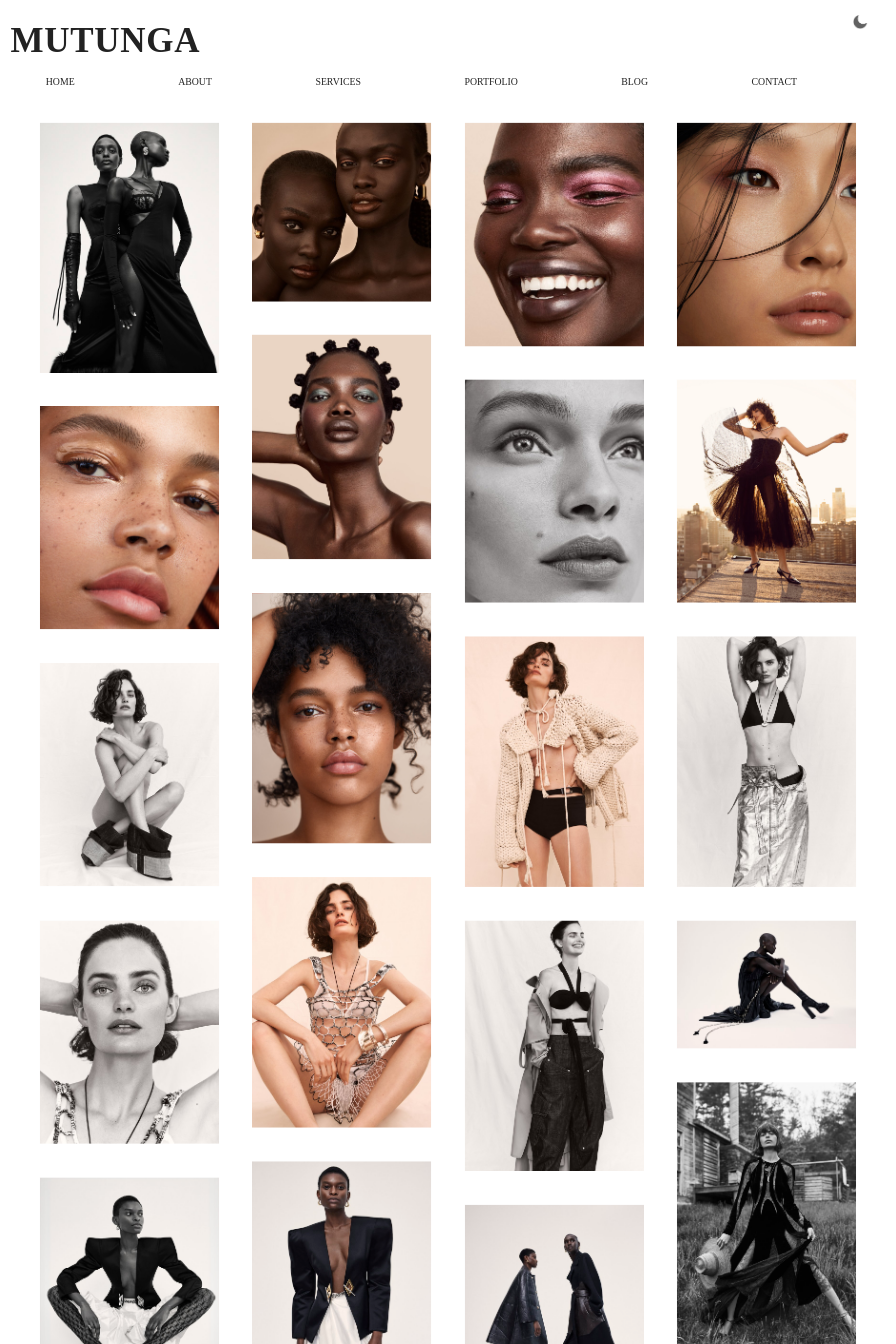
Repository: Jonar254/mutunga-concept-01
Page: index.html
The author's editor kept a copy of each file at every save. The page is drawn from the files as they stood at one save, then again after the next save.
The browser window is 1280 px wide. The pictures show the part of the page from y = 0 to 1920 px (the page is 5074 px tall), at 70% of full size.
Some web fonts or font styles are not loaded; a fallback is used.

Above is the page before, as saved 2024-07-10 21:53:10.

### index.html
<!doctype html>
<!--[if lt IE 7]>      <html class="no-js lt-ie9 lt-ie8 lt-ie7" lang=""> <![endif]-->
<!--[if IE 7]>         <html class="no-js lt-ie9 lt-ie8" lang=""> <![endif]-->
<!--[if IE 8]>         <html class="no-js lt-ie9" lang=""> <![endif]-->
<!--[if gt IE 8]><!--> <html class="no-js" lang="en"> <!--<![endif]-->


<head>
        <meta charset="utf-8">
        <meta name="viewport" content="width=device-width, initial-scale=1">
		<meta name="description" content="">
        <meta name="author" content="IconicThemes">

        <title>Mutunga Photos || Index</title>

		<link rel="shortcut icon" type="image/x-icon" href="img/favicon.png">

        <!-- Font Awesome Icons CSS -->
        <link rel="stylesheet" href="css/font-awesome.min.css">
        <!-- Themify Icons CSS -->
        <link rel="stylesheet" href="css/themify-icons.css">
        <!-- Elegant Font Icons CSS -->
        <link rel="stylesheet" href="css/elegant-font-icons.css">
        <!-- Elegant Line Icons CSS -->
        <link rel="stylesheet" href="css/elegant-line-icons.css">
		<!-- Bootstrap CSS -->
        <link rel="stylesheet" href="css/bootstrap.min.css">
        <!-- CSS Animation -->
        <link rel="stylesheet" href="css/animate.min.css">
		<!-- Venobox CSS -->
        <link rel="stylesheet" href="css/venobox/venobox.css">
		<!-- OWL-Carousel CSS -->
        <link rel="stylesheet" href="css/owl.carousel.css">
        <!-- Slick Nav CSS -->
        <link rel="stylesheet" href="css/slicknav.min.css">
		<!-- Main CSS -->
        <link rel="stylesheet" href="css/main.css">
		<!-- Responsive CSS -->
        <link rel="stylesheet" href="css/responsive.css">

        <script src="js/vendor/modernizr-2.8.3-respond-1.4.2.min.js"></script>
        <script src="https://cdnjs.cloudflare.com/ajax/libs/scrollReveal.js/4.0.9/scrollreveal.min.js" integrity="sha512-Kr+RPfLjQ71E0cJ9nseJ6jwTrnmMnuSPnnsVQQ/ZYYCjOHKfJcWj8ILICXnvf9A7ZQChNzIbr9x/ZAxA6xAZlQ==" crossorigin="anonymous" referrerpolicy="no-referrer"></script>
        <script>
            document.addEventListener('DOMContentLoaded', function() {
              ScrollReveal().reveal('.reveal', {
                duration: 1000,      // Duration of the animation
                easing: 'ease-in-out', // Easing for a smooth animation
                viewFactor: 0.3,     // Percentage of the element that must be within the viewport
                mobile: true,        // Ensures that the animations work on mobile devices
              });
            });
          </script>

    </head>
    <body>
        <!--[if lt IE 8]>
            <p class="browserupgrade">You are using an <strong>outdated</strong> browser. Please <a href="http://browsehappy.com/">upgrade your browser</a> to improve your experience.</p>
        <![endif]-->

        <div class="site-preloader-wrap">
            <div class="spinner"></div>
        </div><!-- Preloader -->

        <header id="header" class="header-section">
            <div class="container-fluid">
                <div class="row d-flex flex-column align-items-center">
                    <div class="col-lg-12 col-md-12 text-center text-lg-left pt-lg-4">
                        <div class="site-branding">
                            <a href="index.html"><h2 class="site-title">MUTUNGA</h2></a>
                        </div>
                    </div>
                    <div id="theme-toggle" class="theme-toggle">
                        <button id="theme-toggle" class="theme-toggle"><img src="img/sun.png" alt="Toggle Theme" style="max-width: 25px; max-height: 25px;"></button>
                    </div>
                    <div class="col-12 text-center">
                        <ul id="mainmenu" class="nav navbar-nav nav-menu">
                            <li class="nav-item active"><a href="index.html" class="nav-link">Home</a></li>
                            <li class="nav-item"><a href="#" class="nav-link">About</a></li>
                            <li class="nav-item"><a href="#" class="nav-link">Services</a></li>
                            <li class="nav-item"><a href="#" class="nav-link">Portfolio</a></li>
                            <li class="nav-item"><a href="#" class="nav-link">Blog</a></li>
                            <li class="nav-item"><a href="#" class="nav-link">Contact</a></li>
                        </ul>
                    </div>
                    <!-- Theme toggle button -->

                </div>
            </div>
        </header>



       <!--<div class="header-height"></div>-->



        <section class="portfolio-section padding">
        <div class="container-fluid px-lg-5">
            <!-- <div class="row">
                 <ul class="portfolio-filter text-center mb-30">
                     <li class="active" data-filter="*">All</li>
                     <li data-filter=".branding">Branding</li>
                     <li data-filter=".design">Design</li>
                     <li data-filter=".wordpress">Wordpress</li>
                     <li data-filter=".marketing">Marketing</li>
                 </ul> /.Work filter
             </div> -->
             <div class="row portfolio-items">
                 <div class="col-lg-3 col-md-4 col-sm-6 mb-5 px-sm-4 px-md-4 reveal single-item ">
                     <div class="portfolio-box">
                         <img src="img/lara (17).jpg" alt="img">

                     </div>
                 </div><!-- /Portfolio-1 -->
                 <div class="col-lg-3 col-md-4 col-sm-6 mb-5 px-sm-4 px-md-4 reveal single-item ">
                     <div class="portfolio-box">
                         <img src="img/lara (2).jpeg" alt="img">

                     </div>
                 </div><!-- /Portfolio-2 -->
                 <div class="col-lg-3 col-md-4 col-sm-6 mb-5 px-sm-4 px-md-4 reveal single-item ">
                     <div class="portfolio-box">
                         <img src="img/lara (3).jpeg" alt="img">

                     </div>
                 </div><!-- /Portfolio-3 -->
                 <div class="col-lg-3 col-md-4 col-sm-6 mb-5 px-sm-4 px-md-4 reveal single-item ">
                     <div class="portfolio-box">
                         <img src="img/lara (1).jpg" alt="img">

                     </div>
                 </div><!-- /Portfolio-4 -->
                 <div class="col-lg-3 col-md-4 col-sm-6 mb-5 px-sm-4 px-md-4 reveal single-item " >
                     <div class="portfolio-box">
                         <img src="img/lara (5).jpeg" alt="img">

                     </div>
                 </div><!-- /Portfolio-5 -->
                 <div class="col-lg-3 col-md-4 col-sm-6 mb-5 px-sm-4 px-md-4 reveal single-item " >
                     <div class="portfolio-box">
                         <img src="img/lara (6).jpeg" alt="img">

                     </div>
                 </div><!-- /Portfolio-6 -->
                 <div class="col-lg-3 col-md-4 col-sm-6 mb-5 px-sm-4 px-md-4 reveal single-item " >
                     <div class="portfolio-box">
                         <img src="img/lara (7).jpeg" alt="img">

                     </div>
                 </div><!-- /Portfolio-7 -->
                 <div class="col-lg-3 col-md-4 col-sm-6 mb-5 px-sm-4 px-md-4 reveal single-item " >
                     <div class="portfolio-box">
                         <img src="img/lara (8).jpg" alt="img">

                     </div>
                 </div><!-- /Portfolio-8 -->
                 <div class="col-lg-3 col-md-4 col-sm-6 mb-5 px-sm-4 px-md-4 reveal single-item" >
                     <div class="portfolio-box">
                         <img src="img/lara (9).jpg" alt="img">

                     </div>
                 </div><!-- /Portfolio-9 -->
                 <!-- Portfolio Items from 10 to 20 -->
<div class="col-lg-3 col-md-4 col-sm-6 mb-5 px-sm-4 px-md-4 reveal single-item" >
    <div class="portfolio-box">
        <img src="img/lara (10).jpg" alt="img">

    </div>
</div><!-- /Portfolio-10 -->

<div class="col-lg-3 col-md-4 col-sm-6 mb-5 px-sm-4 px-md-4 reveal single-item" >
    <div class="portfolio-box">
        <img src="img/lara (11).jpg" alt="img">

    </div>
</div><!-- /Portfolio-11 -->

<div class="col-lg-3 col-md-4 col-sm-6 mb-5 px-sm-4 px-md-4 reveal single-item" >
    <div class="portfolio-box">
        <img src="img/lara (12).jpg" alt="img">

    </div>
</div><!-- /Portfolio-12 -->

<div class="col-lg-3 col-md-4 col-sm-6 mb-5 px-sm-4 px-md-4 reveal single-item" >
    <div class="portfolio-box">
        <img src="img/lara (13).jpg" alt="img">

    </div>
</div><!-- /Portfolio-13 -->

<div class="col-lg-3 col-md-4 col-sm-6 mb-5 px-sm-4 px-md-4 reveal single-item" >
    <div class="portfolio-box">
        <img src="img/lara (14).jpg" alt="img">

    </div>
</div><!-- /Portfolio-14 -->

<div class="col-lg-3 col-md-4 col-sm-6 mb-5 px-sm-4 px-md-4 reveal single-item" >
    <div class="portfolio-box">
        <img src="img/lara (15).jpg" alt="img">

    </div>
</div><!-- /Portfolio-15 -->

<div class="col-lg-3 col-md-4 col-sm-6 mb-5 px-sm-4 px-md-4 reveal single-item" >
    <div class="portfolio-box">
        <img src="img/lara (16).jpg" alt="img">

    </div>
</div><!-- /Portfolio-16 -->

<div class="col-lg-3 col-md-4 col-sm-6 mb-5 px-sm-4 px-md-4 reveal single-item" >
    <div class="portfolio-box">
        <img src="img/lara (4).jpg" alt="img">

    </div>
</div><!-- /Portfolio-17 -->

<div class="col-lg-3 col-md-4 col-sm-6 mb-5 px-sm-4 px-md-4 reveal single-item" >
    <div class="portfolio-box">
        <img src="img/lara (18).jpg" alt="img">

    </div>
</div><!-- /Portfolio-18 -->

<div class="col-lg-3 col-md-4 col-sm-6 mb-5 px-sm-4 px-md-4 reveal single-item" >
    <div class="portfolio-box">
        <img src="img/lara (19).jpg" alt="img">

    </div>
</div><!-- /Portfolio-19 -->

<div class="col-lg-3 col-md-4 col-sm-6 mb-5 px-sm-6 px-md-4 reveal single-item" >
    <div class="portfolio-box">
        <img src="img/lara (20).jpg" alt="img">

    </div>
</div><!-- /Portfolio-20 -->
<!-- Portfolio Items from 41 to 60 -->
<div class="col-lg-3 col-md-4 col-sm-6 mb-5 px-sm-6 px-md-4 reveal single-item" >
    <div class="portfolio-box">
        <img src="img/lara (41).jpg" alt="img">

    </div>
</div><!-- /Portfolio-41 -->

<div class="col-lg-3 col-md-4 col-sm-6 mb-5 px-sm-6 px-md-4 reveal single-item" >
    <div class="portfolio-box">
        <img src="img/lara (42).jpg" alt="img">

    </div>
</div><!-- /Portfolio-42 -->

<div class="col-lg-3 col-md-4 col-sm-6 mb-5 px-sm-6 px-md-4 reveal single-item" >
    <div class="portfolio-box">
        <img src="img/lara (43).jpg" alt="img">

    </div>
</div><!-- /Portfolio-43 -->

<div class="col-lg-3 col-md-4 col-sm-6 mb-5 px-sm-6 px-md-4 reveal single-item" >
    <div class="portfolio-box">
        <img src="img/lara (44).jpg" alt="img">

    </div>
</div><!-- /Portfolio-44 -->

<div class="col-lg-3 col-md-4 col-sm-6 mb-5 px-sm-6 px-md-4 reveal single-item" >
    <div class="portfolio-box">
        <img src="img/lara (45).jpg" alt="img">

    </div>
</div><!-- /Portfolio-45 -->

<div class="col-lg-3 col-md-4 col-sm-6 mb-5 px-sm-6 px-md-4 reveal single-item" >
    <div class="portfolio-box">
        <img src="img/lara (46).jpg" alt="img">

    </div>
</div><!-- /Portfolio-46 -->

<div class="col-lg-3 col-md-4 col-sm-6 mb-5 px-sm-6 px-md-4 reveal single-item" >
    <div class="portfolio-box">
        <img src="img/lara (47).jpg" alt="img">

    </div>
</div><!-- /Portfolio-47 -->

<div class="col-lg-3 col-md-4 col-sm-6 mb-5 px-sm-6 px-md-4 reveal single-item" >
    <div class="portfolio-box">
        <img src="img/lara (48).jpg" alt="img">

    </div>
</div><!-- /Portfolio-48 -->

<div class="col-lg-3 col-md-4 col-sm-6 mb-5 px-sm-6 px-md-4 reveal single-item" >
    <div class="portfolio-box">
        <img src="img/lara (49).jpg" alt="img">

    </div>
</div><!-- /Portfolio-49 -->

<div class="col-lg-3 col-md-4 col-sm-6 mb-5 px-sm-6 px-md-4 reveal single-item" >
    <div class="portfolio-box">
        <img src="img/lara (50).jpg" alt="img">

    </div>
</div><!-- /Portfolio-50 -->
<!-- Portfolio Items from 21 to 40 -->
<div class="col-lg-3 col-md-4 col-sm-6 mb-5 px-sm-6 px-md-4 reveal single-item" >
    <div class="portfolio-box">
        <img src="img/lara (21).jpg" alt="img">

    </div>
</div><!-- /Portfolio-21 -->

<div class="col-lg-3 col-md-4 col-sm-6 mb-5 px-sm-6 px-md-4 reveal single-item" >
    <div class="portfolio-box">
        <img src="img/lara (22).jpg" alt="img">

    </div>
</div><!-- /Portfolio-22 -->

<div class="col-lg-3 col-md-4 col-sm-6 mb-5 px-sm-6 px-md-4 reveal single-item" >
    <div class="portfolio-box">
        <img src="img/lara (23).jpg" alt="img">

    </div>
</div><!-- /Portfolio-23 -->

<div class="col-lg-3 col-md-4 col-sm-6 mb-5 px-sm-6 px-md-4 reveal single-item" >
    <div class="portfolio-box">
        <img src="img/lara (24).jpg" alt="img">

    </div>
</div><!-- /Portfolio-24 -->

<div class="col-lg-3 col-md-4 col-sm-6 mb-5 px-sm-6 px-md-4 reveal single-item" >
    <div class="portfolio-box">
        <img src="img/lara (25).jpg" alt="img">

    </div>
</div><!-- /Portfolio-25 -->

<div class="col-lg-3 col-md-4 col-sm-6 mb-5 px-sm-6 px-md-4 reveal single-item" >
    <div class="portfolio-box">
        <img src="img/lara (26).jpg" alt="img">

    </div>
</div><!-- /Portfolio-26 -->

<div class="col-lg-3 col-md-4 col-sm-6 mb-5 px-sm-6 px-md-4 reveal single-item" >
    <div class="portfolio-box">
        <img src="img/lara (27).jpg" alt="img">

    </div>
</div><!-- /Portfolio-27 -->

<div class="col-lg-3 col-md-4 col-sm-6 mb-5 px-sm-6 px-md-4 reveal single-item" >
    <div class="portfolio-box">
        <img src="img/lara (28).jpg" alt="img">

    </div>
</div><!-- /Portfolio-28 -->

<div class="col-lg-3 col-md-4 col-sm-6 mb-5 px-sm-6 px-md-4 reveal single-item" >
    <div class="portfolio-box">
        <img src="img/lara (29).jpg" alt="img">

    </div>
</div><!-- /Portfolio-29 -->

<div class="col-lg-3 col-md-4 col-sm-6 mb-5 px-sm-6 px-md-4 reveal single-item" >
    <div class="portfolio-box">
        <img src="img/lara (30).jpg" alt="img">

    </div>
</div><!-- /Portfolio-30 -->

<div class="col-lg-3 col-md-4 col-sm-6 mb-5 px-sm-6 px-md-4 reveal single-item" >
    <div class="portfolio-box">
        <img src="img/lara (31).jpg" alt="img">

    </div>
</div><!-- /Portfolio-31 -->

<div class="col-lg-3 col-md-4 col-sm-6 mb-5 px-sm-6 px-md-4 reveal single-item" >
    <div class="portfolio-box">
        <img src="img/lara (32).jpg" alt="img">

    </div>
</div><!-- /Portfolio-32 -->

<div class="col-lg-3 col-md-4 col-sm-6 mb-5 px-sm-6 px-md-4 reveal single-item" >
    <div class="portfolio-box">
        <img src="img/lara (33).jpg" alt="img">

    </div>
</div><!-- /Portfolio-33 -->

<div class="col-lg-3 col-md-4 col-sm-6 mb-5 px-sm-6 px-md-4 reveal single-item" >
    <div class="portfolio-box">
        <img src="img/lara (34).jpg" alt="img">

    </div>
</div><!-- /Portfolio-34 -->

<div class="col-lg-3 col-md-4 col-sm-6 mb-5 px-sm-6 px-md-4 reveal single-item" >
    <div class="portfolio-box">
        <img src="img/lara (35).jpg" alt="img">

    </div>
</div><!-- /Portfolio-35 -->

<div class="col-lg-3 col-md-4 col-sm-6 mb-5 px-sm-6 px-md-4 reveal single-item" >
    <div class="portfolio-box">
        <img src="img/lara (36).jpg" alt="img">

    </div>
</div><!-- /Portfolio-36 -->

<div class="col-lg-3 col-md-4 col-sm-6 mb-5 px-sm-6 px-md-4 reveal single-item" >
    <div class="portfolio-box">
        <img src="img/lara (37).jpg" alt="img">

    </div>
    </div><!-- /Portfolio-37 -->

<div class="col-lg-3 col-md-4 col-sm-6 mb-5 px-sm-6 px-md-4 reveal single-item" >
    <div class="portfolio-box">
        <img src="img/lara (38).jpg" alt="img">

    </div>
</div><!-- /Portfolio-38 -->

<div class="col-lg-3 col-md-4 col-sm-6 mb-5 px-sm-6 px-md-4 reveal single-item" >
    <div class="portfolio-box">
        <img src="img/lara (39).jpg" alt="img">

    </div>
</div><!-- /Portfolio-39 -->

<div class="col-lg-3 col-md-4 col-sm-6 mb-5 px-sm-6 px-md-4 reveal single-item" >
    <div class="portfolio-box">
        <img src="img/lara (40).jpg" alt="img" >

    </div>
</div><!-- /Portfolio-40 -->


             </div>
             <!--
             <div class="load-more-btn text-center mt-30">
                 <a href="#" class="default-btn">Load More Projects</a>
             </div>-->
         </div>
        </section>

<!--
        <section class="footer-widget-section padding">
            <div class="container">
                <div class="row">
                    <div class="col-md-4 col-sm-6 xs-padding">
                        <div class="footer-widget">
                            <h2 class="text-white">Stela.</h2>
                            <div class="sep"></div>
                            <p class="mb-0">Stela will help you to make any website like creative startups, professional photographer, portfolio agency or other business very easily as it has been coded in Bootstrap and CSS3.</p>
                        </div>
                    </div>
                    <div class="col-md-4 col-sm-6 xs-padding">
                        <div class="footer-widget">
                            <ul class="address">
                                <li><i class="fa fa-phone"></i> <a href="mailto:+12345678905">+1234 567 8905</a></li>
                                <li><i class="fa fa-envelope-o"></i> <a href="mailto:email@yourdomain.com">email@yourdomain.com</a></li>
                                <li><i class="fa fa-map-marker"></i> 60 Grand Avenue. Central New Road 0708, USA</li>
                            </ul>
                            <ul class="social-icon">
                                <li class="facebook"><a href="#"><i class="fa fa-facebook"></i></a></li>
                                <li class="twitter"><a href="#"><i class="fa fa-twitter"></i></a></li>
                                <li class="instagram"><a href="#"><i class="fa fa-instagram"></i></a></li>
                                <li class="pinterest"><a href="#"><i class="fa fa-pinterest"></i></a></li>
                                <li class="dribbble"><a href="#"><i class="fa fa-dribbble"></i></a></li>
                            </ul>
                        </div>
                    </div>
                    <div class="col-md-4 col-sm-6 xs-padding">
                        <div class="footer-widget">
                            <h2 class="text-white">About me.</h2>
                            <div class="sep"></div>
                            <p class="mb-0">I believe that every client Business more management is a holistic management approach focused on aligning all aspects organization with the wants and needs of clients.</p>
                        </div>
                    </div>
                </div>
            </div>
        </section><!-- /.footer-widget-section -->
        <!--
        <footer class="copyright-text text-center">
            <div class="container">
                <p>&copy; 2024 Mutunga Photos</p>
            </div>
        </footer> /.copyright-text -->

		<a data-scroll href="#header" id="scroll-to-top"><i class="arrow_up"></i></a>

		<!-- jQuery Lib -->

		<script src="js/vendor/jquery-1.12.4.min.js"></script>
		<!-- Bootstrap JS -->
		<script src="js/vendor/bootstrap.min.js"></script>
		<!-- Tether JS -->
		<script src="js/vendor/tether.min.js"></script>
        <!-- Imagesloaded JS -->
        <script src="js/vendor/imagesloaded.pkgd.min.js"></script>
		<!-- OWL-Carousel JS -->
		<script src="js/vendor/owl.carousel.min.js"></script>
		<!-- isotope JS -->
		<script src="js/vendor/jquery.isotope.v3.0.2.js"></script>
		<!-- Smooth Scroll JS -->
		<script src="js/vendor/smooth-scroll.min.js"></script>
		<!-- venobox JS -->
		<script src="js/vendor/venobox.min.js"></script>
        <!-- Slick Nav JS -->
        <script src="js/vendor/jquery.slicknav.min.js"></script>
        <!-- Wow JS -->
		<script src="js/vendor/wow.min.js"></script>
		<!-- Contact JS -->
		<script src="js/contact.js"></script>
		<!-- Main JS -->
		<script src="js/main.js"></script>

    </body>

</html>

Loaded but not shown: css/font-awesome.min.css (library); css/themify-icons.css (library); css/bootstrap.min.css (library); css/animate.min.css (library); css/venobox/venobox.css (common file); css/owl.carousel.css (library); css/slicknav.min.css (common file); js/vendor/modernizr-2.8.3-respond-1.4.2.min.js (library); js/vendor/jquery-1.12.4.min.js (library); js/vendor/bootstrap.min.js (library); js/vendor/tether.min.js (library); js/vendor/imagesloaded.pkgd.min.js (library); js/vendor/owl.carousel.min.js (library); js/vendor/jquery.isotope.v3.0.2.js (library); js/vendor/smooth-scroll.min.js (library); js/vendor/venobox.min.js (library); js/vendor/jquery.slicknav.min.js (library); js/vendor/wow.min.js (library); js/main.js (221 lines, source omitted); js/contact.js (49 lines, source omitted); css/main.css (1601 lines, source omitted); css/elegant-font-icons.css (1157 lines, source omitted); css/elegant-line-icons.css (343 lines, source omitted); css/responsive.css (155 lines, source omitted)

After the next save:
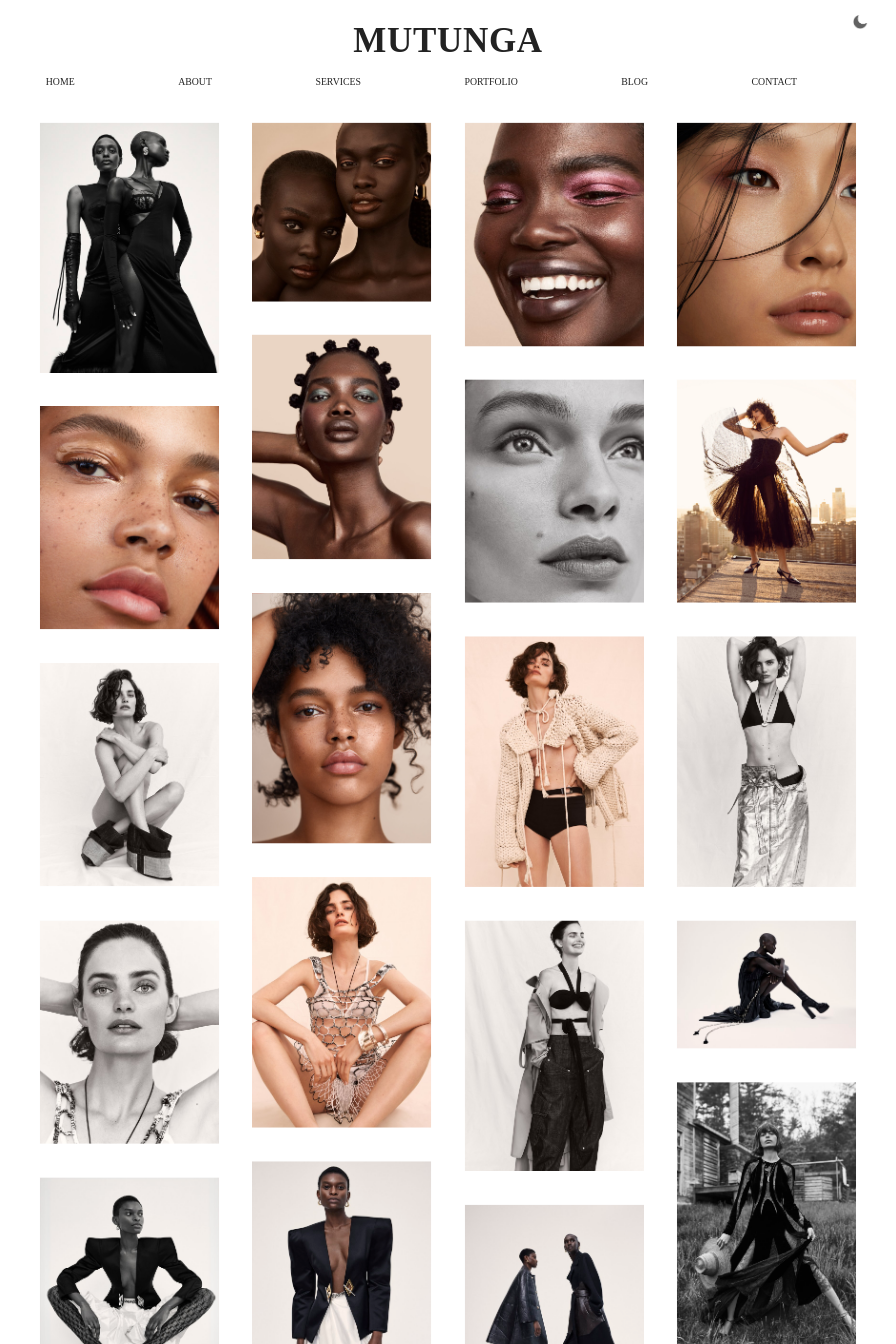
Saved 10 s later.
--- a/index.html
+++ b/index.html
@@ -64,7 +64,7 @@
         <header id="header" class="header-section">
             <div class="container-fluid">
                 <div class="row d-flex flex-column align-items-center">
-                    <div class="col-lg-12 col-md-12 text-center text-lg-left pt-lg-4">
+                    <div class="col-12 text-center pt-lg-4">
                         <div class="site-branding">
                             <a href="index.html"><h2 class="site-title">MUTUNGA</h2></a>
                         </div>
